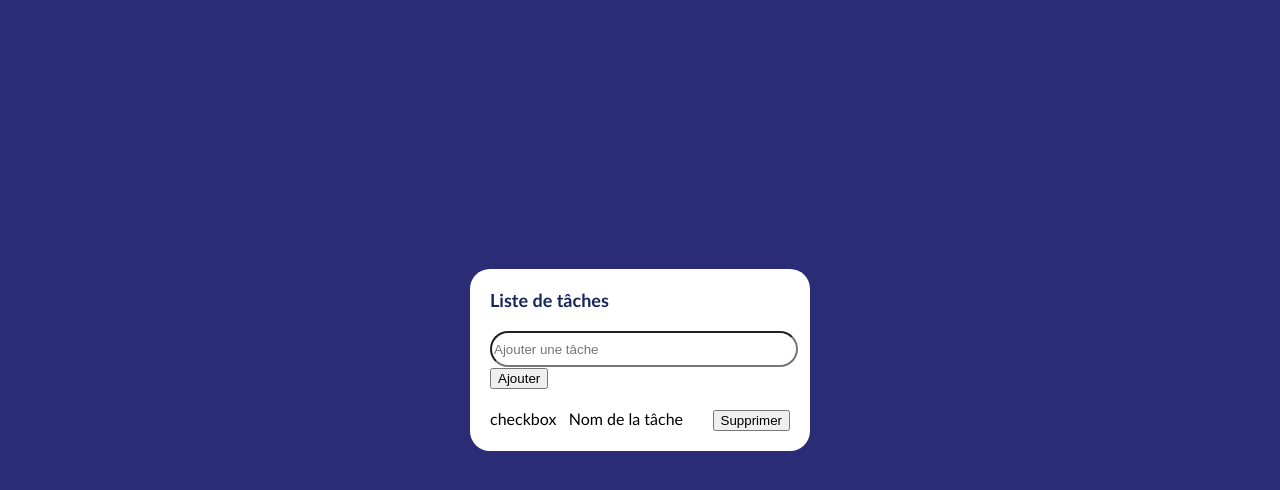
Repository: ndiemenguer/convertisseur
Page: / (app in todo-isep/)
The author's editor kept a copy of each file at every save. The page is drawn from the files as they stood at one save, then again after the next save.
The browser window is 1280 px wide. The pictures show the whole page.
The project was rebuilt for these pictures with package versions that can differ from the ones it lists, and the page was loaded fresh each time. Also part of the build but not shown: todo-isep/vite.config.js, todo-isep/src/Application.jsx, todo-isep/src/index.css.

Above is the page before, as saved 2023-05-06 12:22:18.

After the next save:
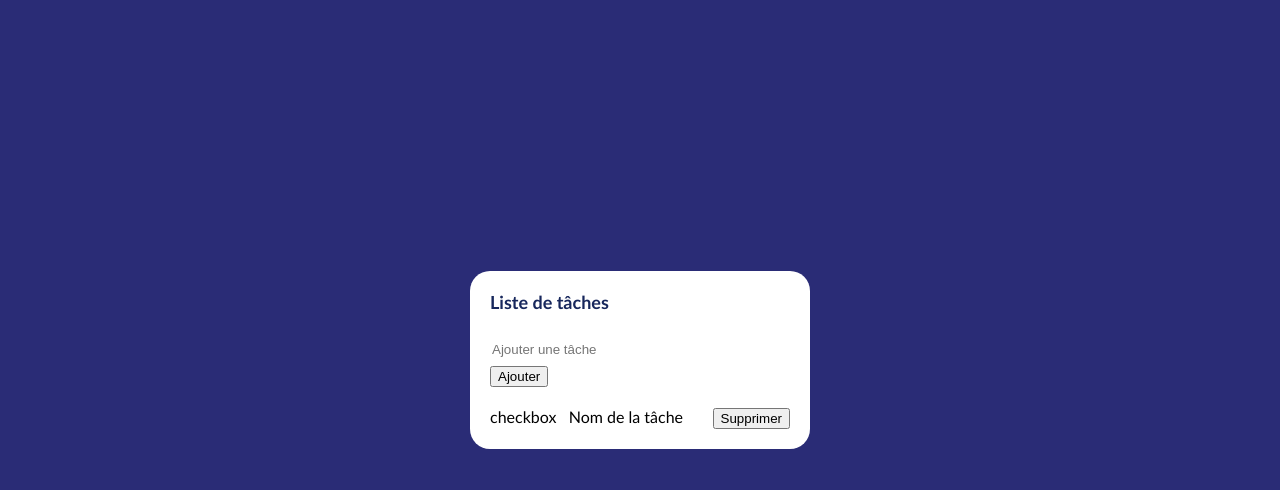
Saved 17 s later.
--- a/todo-isep/src/App.css
+++ b/todo-isep/src/App.css
@@ -44,4 +44,5 @@ body {
   width: 100%;
   height: 30px;
   border-radius: 20px;
+  border: 0;
 }
